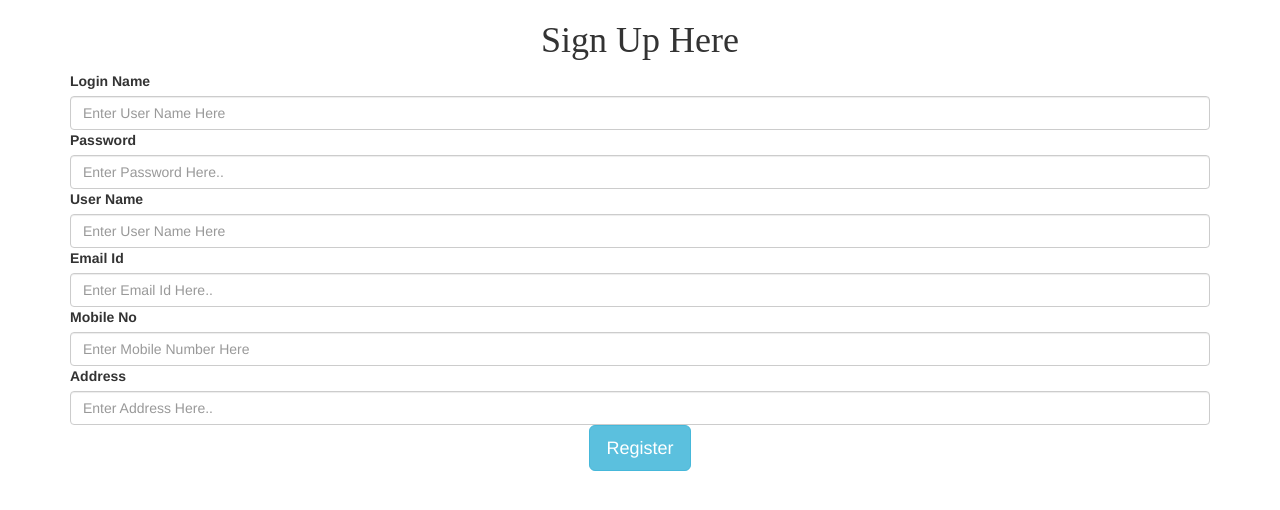
Repository: ManaliSant/Project-2-
Page: InteractionFrontEnd/WebContent/web/c_user/SignUp.html
The author's editor kept a copy of each file at every save. The page is drawn from the files as they stood at one save, then again after the next save.
The browser window is 1280 px wide. The pictures show the whole page.

Above is the page before, as saved 2018-12-12 11:38:59.

After the next save:
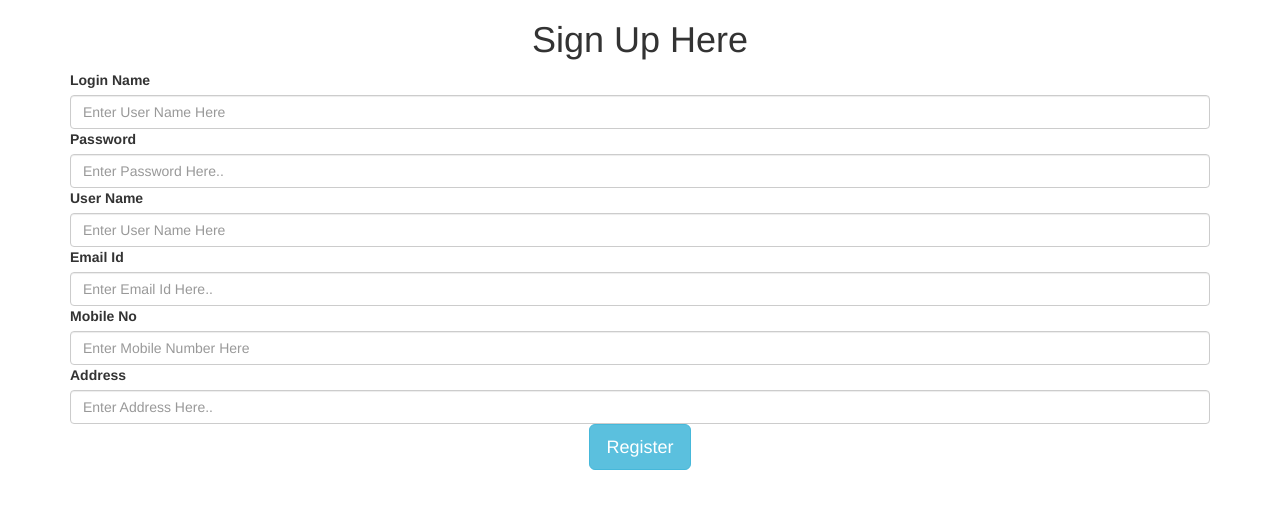
Saved 40 s later.
--- a/InteractionFrontEnd/WebContent/web/c_user/SignUp.html
+++ b/InteractionFrontEnd/WebContent/web/c_user/SignUp.html
@@ -16,7 +16,7 @@
 
 	<h1>
 		<center>
-			<font face="Monotype Corsiva">Sign Up Here</font>
+			Sign Up Here
 		</center>
 	</h1>
 
